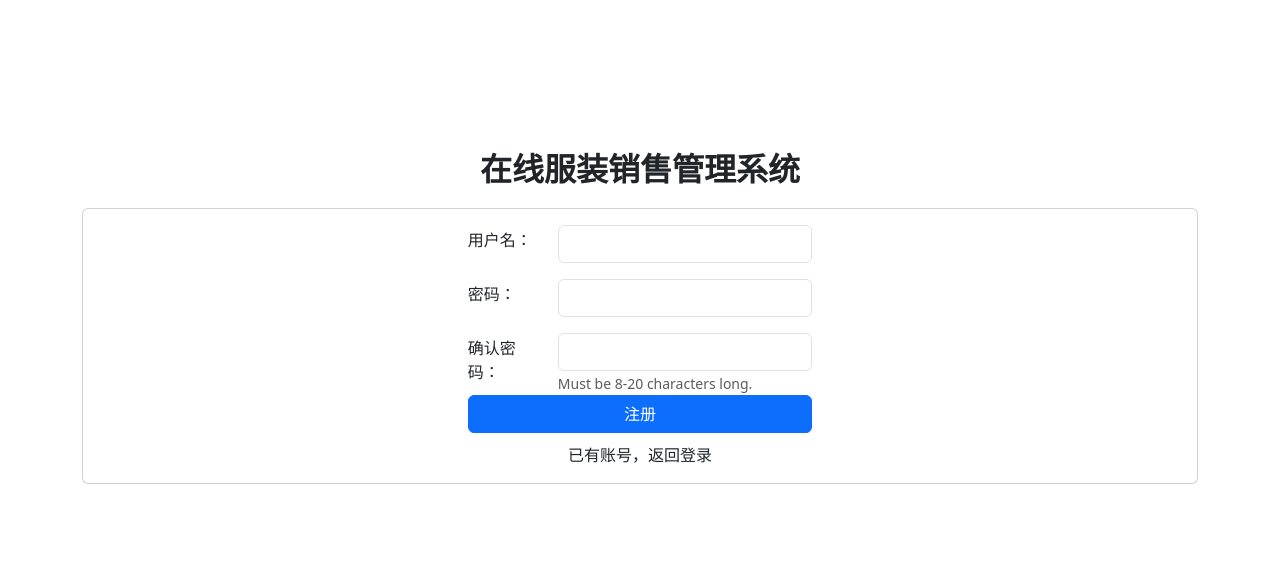
Repository: squawktop/CFS
Page: /user/register (app in web/)
These files come from the project's save history. The page is drawn as it stood at one moment and after the next save; the edit follows.
The browser window is 1280 px wide. The pictures show the whole page.
The project was rebuilt for these pictures with package versions that can differ from the ones it lists, and the page was loaded fresh each time. Also part of the build but not shown: web/vue.config.js, web/src/views/LoginView.vue, web/src/components/NavBar.vue, web/src/views/HomeView.vue, web/src/views/UsersManageView.vue, web/src/views/PersonalCenterView.vue, web/src/views/GoodsManageView.vue, web/src/views/OrdersManageView.vue and 1 more.

Above is the page before, as saved 2024-03-23 18:35:39.

After the next save:
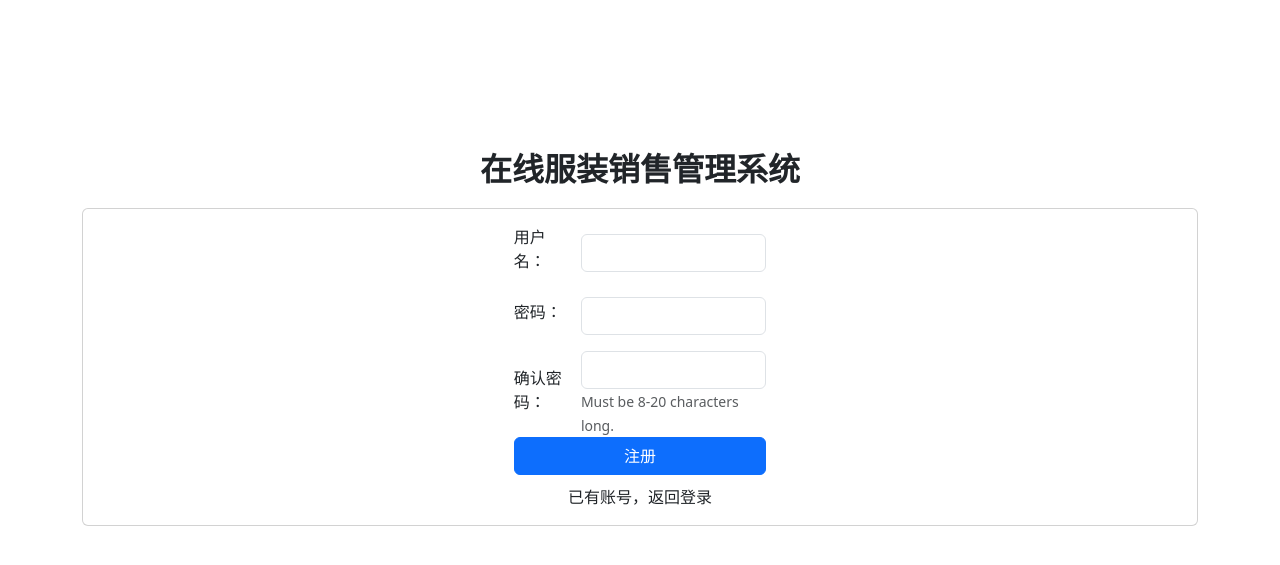
Saved 19 s later.
--- a/web/src/views/RegisterView.vue
+++ b/web/src/views/RegisterView.vue
@@ -3,7 +3,7 @@
         <h2>在线服装销售管理系统</h2>
         <ContentField>
             <div class="row justify-content-md-center">
-                <div class="col-4">
+                <div class="col-3">
                     <!--  -->
                     <form @submit.prevent="register">
                         <!-- <div class="mb-3">

After the save that followed:
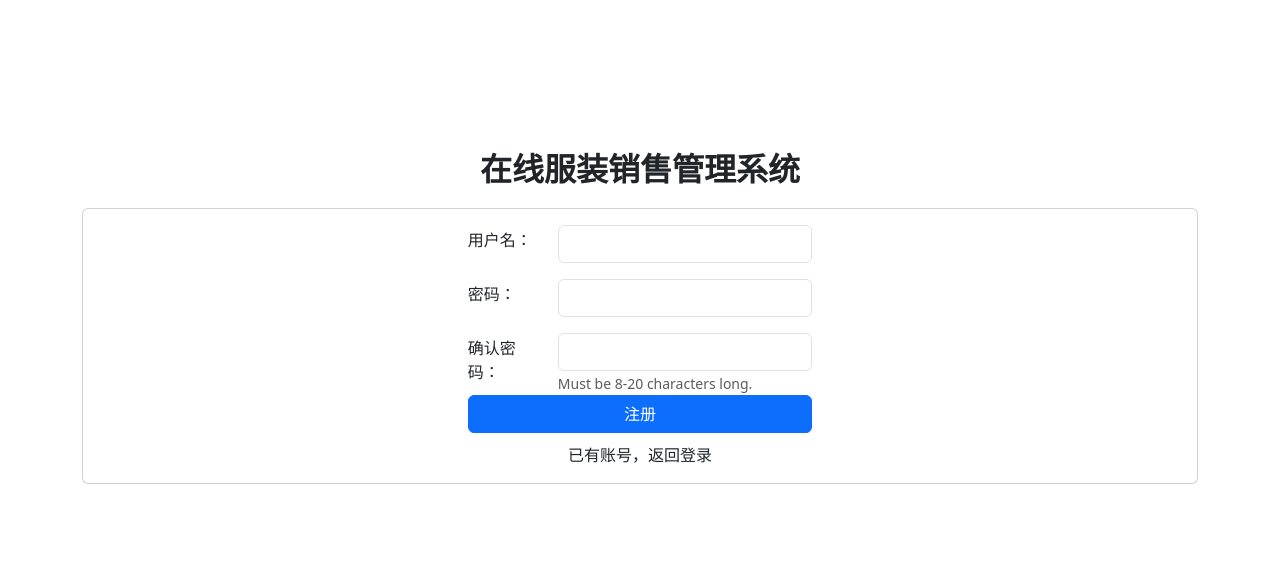
Saved 78 s later.
--- a/web/src/views/RegisterView.vue
+++ b/web/src/views/RegisterView.vue
@@ -3,7 +3,7 @@
         <h2>在线服装销售管理系统</h2>
         <ContentField>
             <div class="row justify-content-md-center">
-                <div class="col-3">
+                <div class="col-4">
                     <!--  -->
                     <form @submit.prevent="register">
                         <!-- <div class="mb-3">
